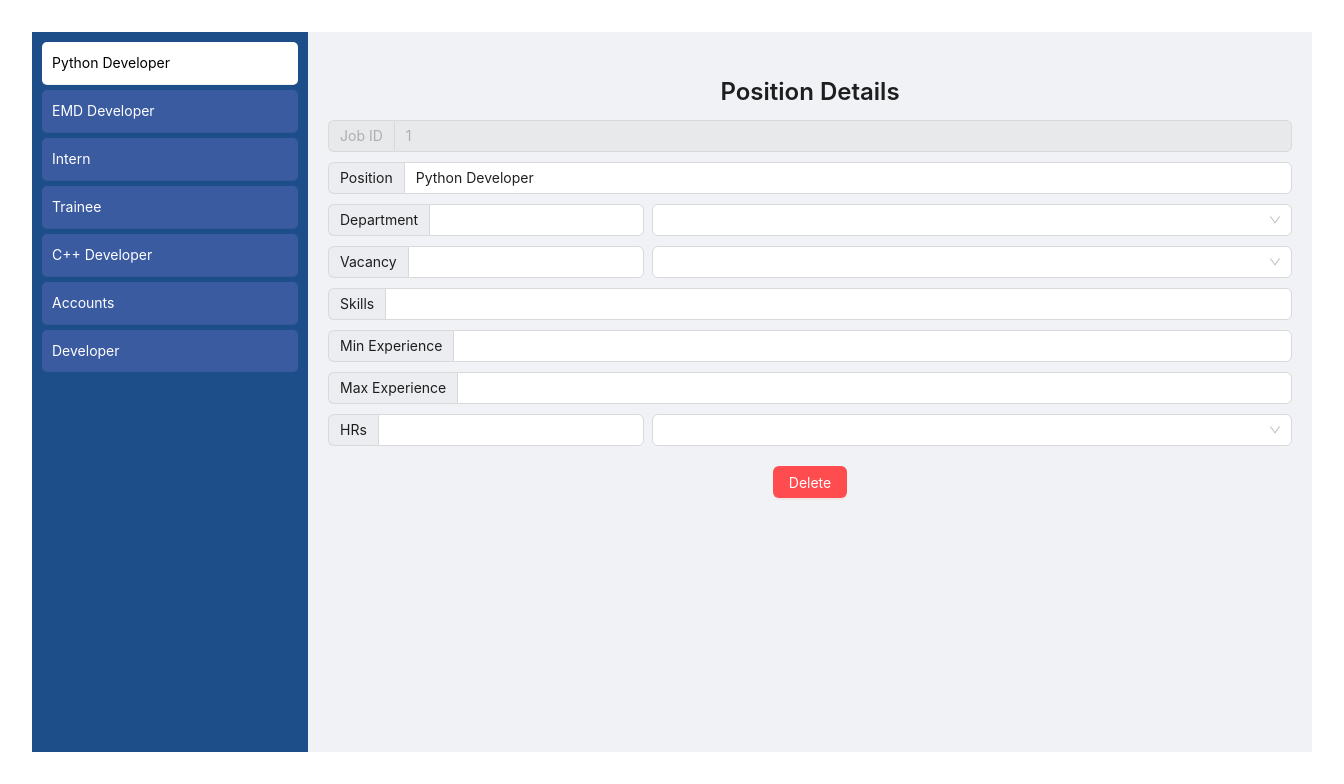
Repository: Moqueed/Delta_Iot
Page: /admin-dashboard/active-positions (app in client/), after clicking the first element matching `li.ant-list-item`
An editor plug-in stored every save of this project. The page is shown before and after the next save, followed by the edit.
The browser window is 1280 px wide. The page is 1344 px wide, so the pictures cover 1344 px, including what lies to the right of the window. The pictures show the whole page.
The project was rebuilt for these pictures with package versions that can differ from the ones it lists, and the page was loaded fresh each time. Also part of the build but not shown: client/vite.config.js, client/src/api/users.js, client/src/pages/Register/index.jsx, client/src/pages/Login/index.jsx, client/src/components/ProtectedRoute.jsx, client/src/pages/HR/HRDashboard.jsx, client/src/pages/Admin/AdminDashboard.jsx, client/src/pages/HR/TotalDataPage.jsx.

Above is the page before, as saved 2025-03-14 15:17:41.

After the next save:
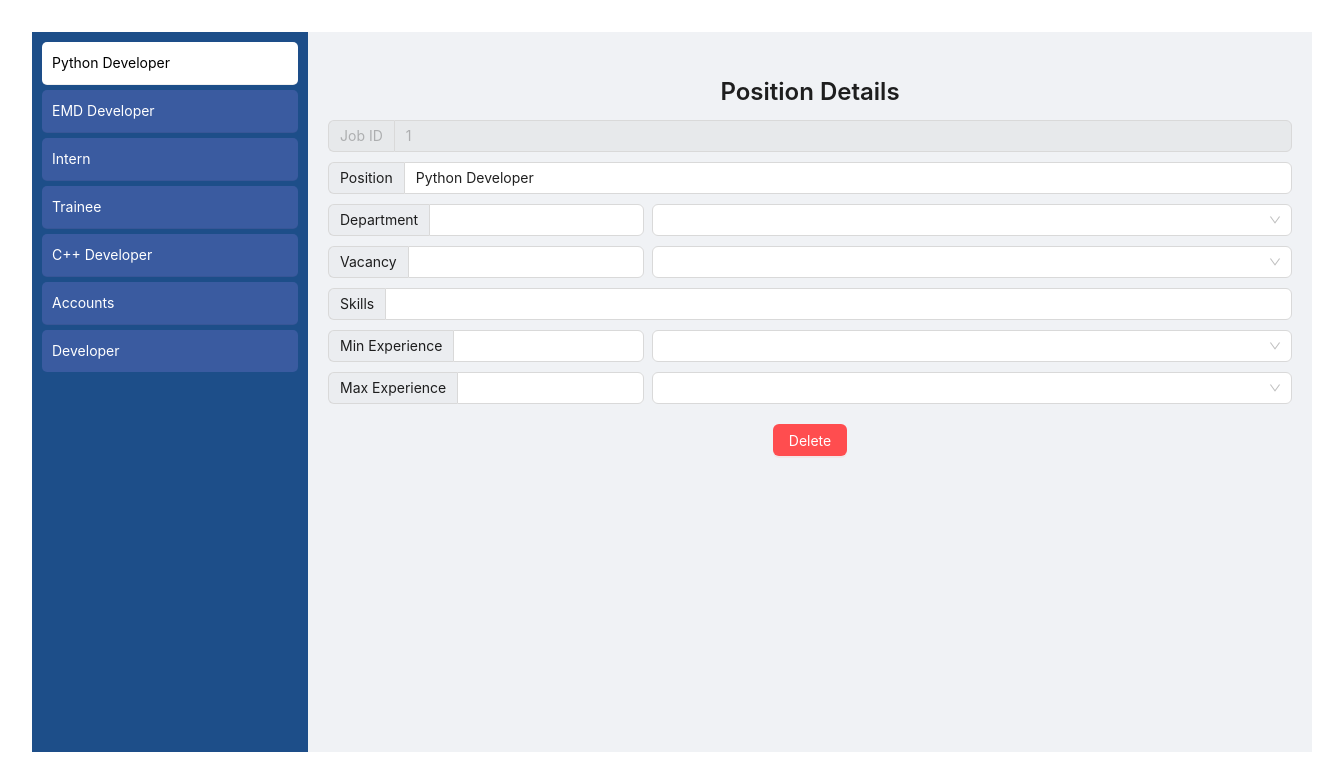
Saved 4 min 29 s later.
--- a/client/src/pages/Admin/ActivePositions.jsx
+++ b/client/src/pages/Admin/ActivePositions.jsx
@@ -93,22 +93,35 @@ const ActivePositions = () => {
               </Col>
             </Row>
             <Input addonBefore="Skills" value={selectedPosition.skills} style={{ marginBottom: "10px" }} />
-            <Input addonBefore="Min Experience" value={selectedPosition.minimum_experience} style={{ marginBottom: "10px" }} />
-            <Input addonBefore="Max Experience" value={selectedPosition.maximum_experience} style={{ marginBottom: "10px" }} />
             <Row gutter={8} style={{ marginBottom: "10px" }}>
               <Col span={8}>
-                <Input addonBefore="HRs" value={selectedPosition.manager} readOnly style={{ textAlign: "right" }} />
+                <Input addonBefore="Min Experience" style={{ textAlign: "right" }} />
               </Col>
               <Col span={16}>
                 <Select
                   style={{ width: "100%" }}
-                  value={selectedPosition.manager}
-                  onChange={(value) => setSelectedPosition({ ...selectedPosition, manager: value })}
+                  value={selectedPosition.minimum_experience}
+                  onChange={(value) => setSelectedPosition({ ...selectedPosition, minimum_experience: value })}
                 >
-                  <Option value="John Doe">John Doe</Option>
-                  <Option value="Jane Smith">Jane Smith</Option>
-                  <Option value="Robert Brown">Robert Brown</Option>
-                  <Option value="Emily White">Emily White</Option>
+                  {[...Array(11).keys()].map((num) => (
+                    <Option key={num} value={num}>{num} years</Option>
+                  ))}
+                </Select>
+              </Col>
+            </Row>
+            <Row gutter={8} style={{ marginBottom: "10px" }}>
+              <Col span={8}>
+                <Input addonBefore="Max Experience" style={{ textAlign: "right" }} />
+              </Col>
+              <Col span={16}>
+                <Select
+                  style={{ width: "100%" }}
+                  value={selectedPosition.maximum_experience}
+                  onChange={(value) => setSelectedPosition({ ...selectedPosition, maximum_experience: value })}
+                >
+                  {[...Array(11).keys()].map((num) => (
+                    <Option key={num} value={num}>{num} years</Option>
+                  ))}
                 </Select>
               </Col>
             </Row>
